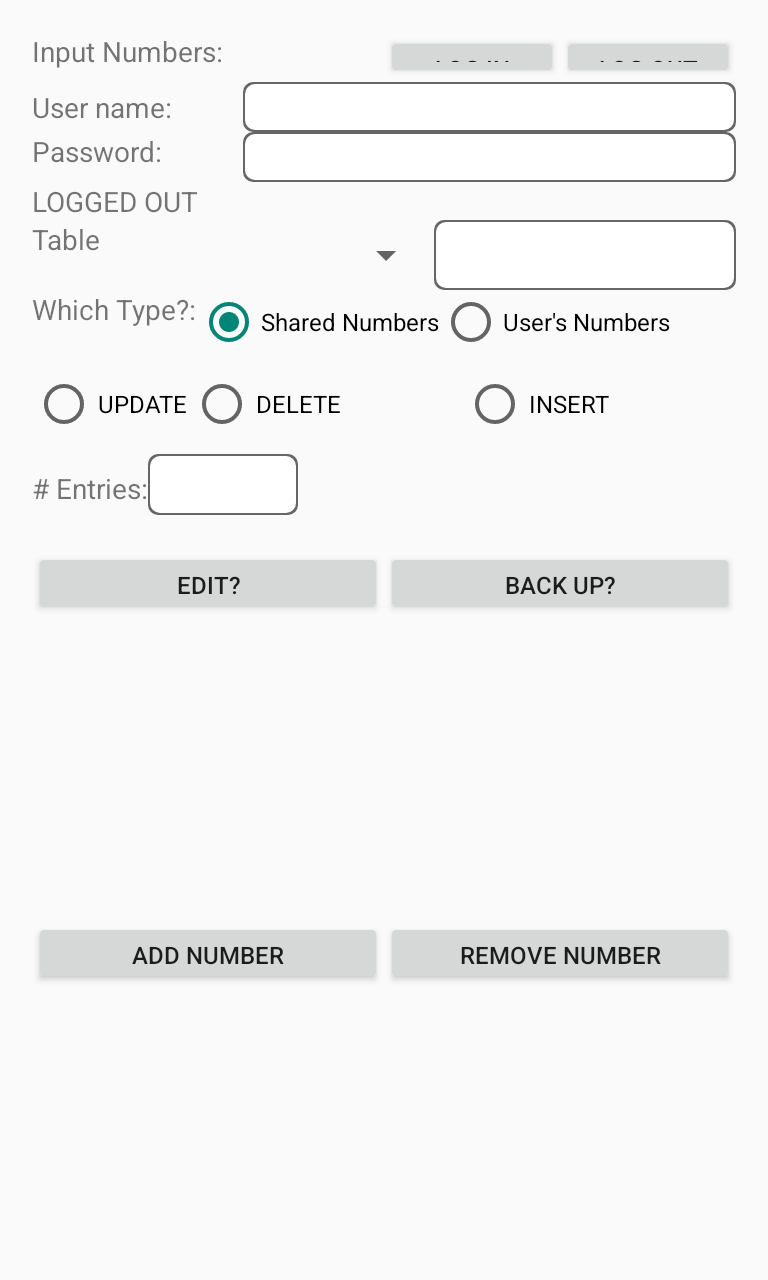
Repository: kharryman/LFQ_APP
Layout: LearnFactsQuick/res/layout/edit_numbers.xml
The author's editor kept a copy of each file at every save. The layout is drawn from the files as they stood at one save, then again after the next save.
It is drawn on a 768 x 1280 px phone screen (xhdpi) without system bars, with theme AppTheme; the app's code is not run.

Above is the layout before, as saved 2018-03-21 03:32:55.

After the next save:
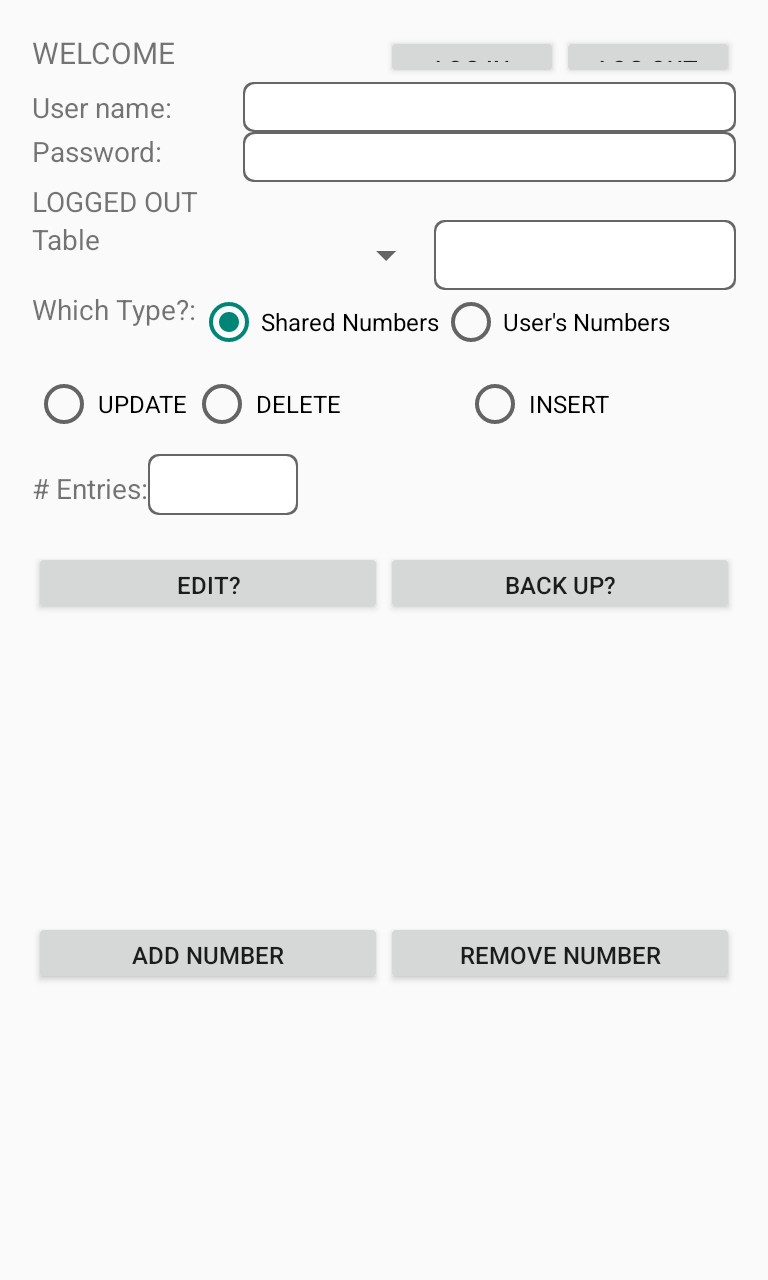
Saved 50 s later.
--- a/LearnFactsQuick/res/layout/edit_numbers.xml
+++ b/LearnFactsQuick/res/layout/edit_numbers.xml
@@ -32,8 +32,8 @@
                     android:layout_width="0dp"
                     android:layout_height="match_parent"
                     android:layout_weight="0.50"
-                    android:text="Input Numbers:"
-                    android:textSize="14sp" />
+                    android:text="WELCOME"
+                    android:textSize="15sp" />
 
                 <Button
                     android:id="@+id/do_login_edit_numbers"
